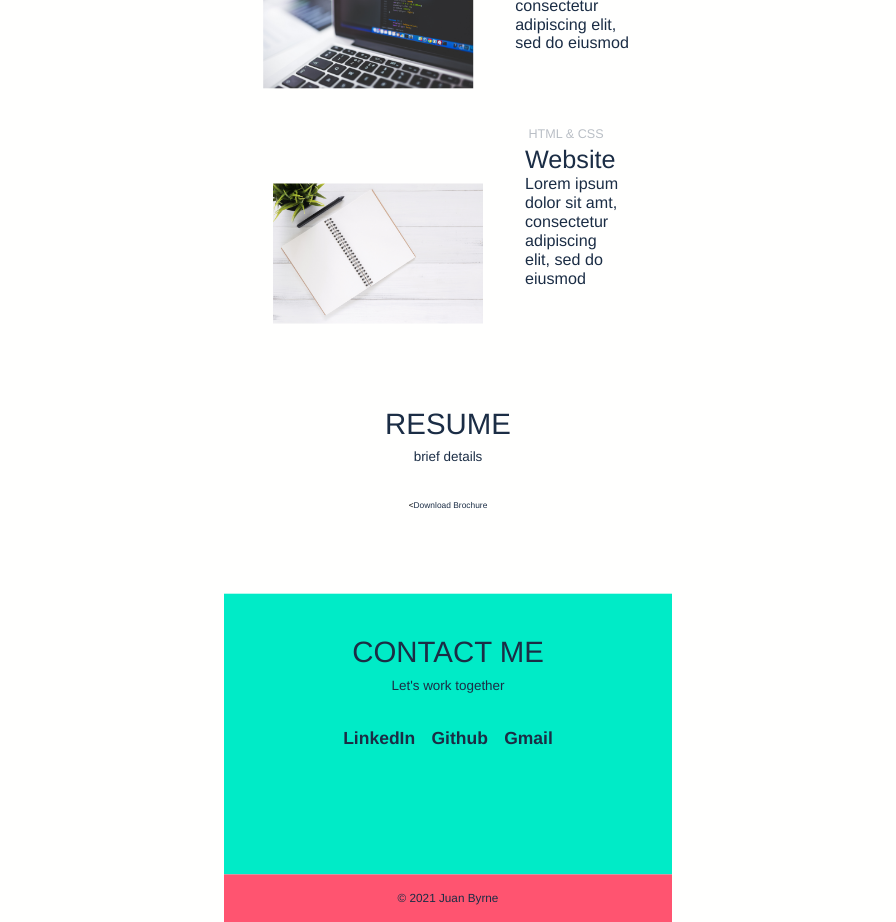
Repository: jb150524/JB-Portfolio
Page: index.html
These files come from the project's save history. The page is drawn as it stood at one moment and after the next save; the edit follows.
The browser window is 1280 px wide. The pictures show the part of the page from y = 2973 to 4893 px (the page is 4290 px tall before and 4893 px after), at 70% of full size.
Some icons come from a web library that is not loaded, so they are not drawn.

Above is the page before, as saved 2021-07-24 22:18:11.

### index.html
<!DOCTYPE html>
<!-- saved from url=(0053)file:///Users/jja/FullStack_HW/juanwebsite/index.html -->

    <html lang="en"><head><meta http-equiv="Content-Type" content="text/html; charset=UTF-8">

    <meta http-equiv="X-UA-Compatible" content="IE=edge">
    <meta name="viewport" content="width=device-width, initial-scale=1.0">

    <!-- CSS style sheet -->
    <link rel="stylesheet" href="style.css">



    <title>Juan's Portfolio</title>
    </head>

    <body>
    <header>
      <nav class="top-nav">
       <ul class="nav-list">
       <li>
       <a href="file:///Users/jja/FullStack_HW/juanwebsite/index.html">Home</a>
       <a href="file:///Users/jja/FullStack_HW/juanwebsite/index.html#about">About</a>
       <a href="file:///Users/jja/FullStack_HW/juanwebsite/index.html#portfolio">Portfolio</a>
       <a href="file:///Users/jja/FullStack_HW/juanwebsite/index.html#resume">Resume</a>
       <a href="file:///Users/jja/FullStack_HW/juanwebsite/index.html#contact">Contact</a>
       </li>
      </ul>
      </nav>

    <div class="main">
      <div class="landing-text">
        <h1>JuanByrne</h1>
        <h6>Graphic Designer and Web Developer</h6>
      </div>
    </div>
    </header>

    <section class="about" id="about">
      <div class="container">
        <a class="about-details">
        <div class="about-heading">
        <h1>About</h1>
        <h6>Myself</h6>
      </div>
        <p>
        I'm a Graphic Designer trying to become a full stack developer. I am from Guadalajara, Mexico. I was born in Mexico, but at a young age I moved to the USA. One of my favorite hobbies is playing competative soccer. Playing soccer has taught me perseverance, how to be a team player, and most importantly how to lose. I currently live in Wayne, Pennsylvania, but have previously lived in Guadalajara, Mexico and Orange County, California. I want to become a web developer because I want to learn a skill that motivates me and pushes me to try new things. I am excited about web developing and want a career that gives me a spark, like I get when I play soccer, with competitiveness, passion, and the belief that I can succeed.
        </p>
        </a>
        </div>
        </section>
        <a class="about-details">
          <section class="experience" id="experience">
            <div class="container">
                <div class="section-heading">
                <h1>Experience</h1>
                <h6>What I can do for you</h6>
            </div>
        <div class="my-skills">
          <div class="skills" ="">
           <div class="icon-container">
            <i class="fas fa-code"></i>
          </div>
          <h1>Graphic Designer</h1>
            <p>
            I'm a Graphic Designer with 2 years of experience working in the advertising industry. Possesses a high degree of competence using programs such as Adobe Photoshop, InDesign, and HTML & CSS.
            </p>
        </div>

        <div class="skills">
          <div class="icon-container">
          <i class="fas fa.codse"></i>
          </div>
          <h1>Web Development</h1>
          <p>
          Learning to become a Web developer and to sharpen my skills. I have a great understanding in Javascript and HTML & CSS.
          </p>
        </div>
        </div>
        </div>
        </section>
        </a>
        <section class="portfolio" id="portfolio"><a class="about-details">
          </a>
          <div class="container"><a class="about-details">
          <div class="section-heading">
           <h1>Portfolio</h1>
           <h6>View my recent work</h6>
        </div>
          </a>
          <div class="portfolio-item"><a class="about-details">
          <div class="portfolio-img has-margin-right">
            <img src="images/desk.jpg" alt="">
          </div>
            </a><div class="portfolio-description"><a class="about-details">
              <h6>Graphic Designer</h6>
              <h1>Illustrator</h1>
              <p>
              Designed content for customer brochure, banners and rack cards using Adobe Illustrator, Adobe InDesign and Photoshop.
              </p>
            </a><a href="file:///Users/jja/FullStack_HW/juanwebsite/index.html#" class="cta"> View Details</a>
        </div>
        </div>
        <div>
        <div class="portfolio-item">
          <div class="portfolio-img has-margin-right">
            <img src="images/laptop.jpg" alt="">
            </div>
            <div class="portfolio-description">
            <h6>Web Development</h6>
            <h1>JavaScript</h1>
            <p>
            Lorem ipsum dolor sit amt, consectetur adipiscing elit, sed do eiusmod
            </p>
            <a href="file:///Users/jja/FullStack_HW/juanwebsite/index.html#" class="cta"> View Details</a>
            </div>
        </div>
        <div>
          <div class="portfolio-item">
            <div class="portfolio-img has-margin-right">
            <img src="images/notebook.jpg" alt="">
            </div>
            <div class="portfolio-description">
            <h6>HTML & CSS</h6>
            <h1>Website</h1>
            <p>
            Lorem ipsum dolor sit amt, consectetur adipiscing elit, sed do eiusmod
            </p>
            <a href="file:///Users/jja/FullStack_HW/juanwebsite/index.html#" class="cta"> View Details</a>
            </div>
            </div>
            </div>
          </div>
        </div>
        </section>

    <section class="resume" id="resume">
      <div class="container">
        <div class="section-heading">
        <h1>Resume</h1>
        <h6>brief details</h6>
        <<a href="JuanByrne Resume 2021 Final.pdf">Download Brochure</a>
        </p>
        </div>

    <section class="contact" id="contact">
        <div class="container">
          <div class="section-heading">
          <h1>Contact Me</h1>
          <ul>
          <li>
          <h6>Let's work together</h6>
          <a href="file:///Users/jja/FullStack_HW/juanwebsite/www.linkedin.com/in/juan-byrne-43869ab7">LinkedIn</a>
          <a href="https://github.com/jb150524">Github</a>
          <a href="file:///Users/jja/FullStack_HW/juanwebsite/juan1505@gmail.com">Gmail</a>
          </li>
          </ul>
        </div>
       </div>
    </section>

    <footer class="copyright">
      <div class="up" id="up">
       <i class="fas fa-chevron-up"></i>
      </div>
      <p>© 2021 Juan Byrne</p>
    </footer>
  </div>
  </section>

   <!-- adding icons -->
   <script src="https://fontawesome.com/v5.15/icons/code?style=solid" crossorigin="anonymous"></script>

</body>
</html

### style.css
/* Start global*/

* {
    margin: 0;
    padding: 0;
    box-sizing: border-box;
}

html {
    font-size: 12px;
    font-family: Helvetica, sans-serif;
    /* color: rgb(255, 255, 255); */
}

body {
    width: 100%;
    height: 100%;
    background-color: #fffffe;
    background-size: cover;
}

section {
    padding: 60px 0;
}

h6 {
    color: #1b2d45;
    margin: 5px;
}

a {
    text-decoration: none;
    color: #1b2d45;
}

p {
   font-size: 23px;
   font-weight: 300;
   color: #1b2d45;
}



img {
    max-width: 100%;
    height: auto;
}

.main {
    padding: 16px;
    margin-top: 30px;
    height: 1500px; /* Used in this example to enable scrolling */
  }

/* Start reusable*/

.container {
    width: 50%;
    max-width: 120rem;
    height: 100%;
    margin: 0 auto;
    position: relative;
}

.container-details p {
    font-size: 200px;
    padding: 35px;
}

.section-heading {
    text-align: center;
    margin-bottom: 10rem;
}

.section-heading h1 {
    font-family: major mono display, Helvetica, sans-serif;
    font-size: 3.5rem;
    color: #1b2d45;
    text-transform: uppercase;
    font-weight: 300;
    position: relative;
    margin-bottom: 1rem;
}

.section-heading h1::before,
.section-heading h1::after {
    content: "";
    position: absolute;
    bottom: -.5rem;
    left: 50%;
    transform: translateX(-59%);
    background: color #fff8e8;
}

.section-heading h1::before {
    width: 10rem;
    height: 3px;
    border-radius: .8rem;
}

.section-heading h1::after {
    height: 1.5rem;
    border-radius: .100%;
    bottom: 1rem;
}

.section-heading h6 {
    font-size: 1.6rem;
    font-weight: 300;
    margin-bottom: 50px;
}

.has-margin-right {
    margin-right: 5rem;
}
/* End reusable*/

/* Start header*/
header {
    width: 100%;
    height: 100vh;
}

.nav-list {
    z-index: 2;
    top: 0;
    background:#00ebc7;
    overflow: hidden;
    font-size: 35px;
    font-family: major mono display;
    margin: 0;
    padding: 20px;
    position: fixed;
    list-style: none;
    width: 100%;
    display: flex;
    justify-content: center;
    align-items: flex-start;
    text-decoration: none;
}

li {
    margin: 0;
    list-style: none;
}

.nav-link {
    font-family: Arial, Helvetica, sans-serif;
    font-size: 15px;
    padding: 5px;
}

.nav-link:hover,
.nav-ink:focus {
    background: linear-gradient(to top, #5725b3, #9e91e9 );
    -webkit-background-clip: text;
    -webkit-text-fill-color: transparent;

}

.landing-text{
    position: absolute;
    top: 50%;
    left: 50%;
    transform: translate(-50%, -50%);
    width: 100%;
    text-align: center;
    z-index: 1;
}

.landing-text h1 {
    font-size: 150px;
    font-family: major mono display, Helvetica, sans-serif, Helvetica, sans-serif;
    background: linear-gradient(to top, #110202, #000000 );
    -webkit-background-clip: text;
    -webkit-text-fill-color: transparent;
    padding: 1rem;
    user-select: none;

}

.landing-text h6 {
    font-size: 2rem;
    font-weight: 300;
}
/* End header*/

.about .container {
    display: flex;
    align-items: center;
    justify-content: center;
}

.about-heading {
    text-align: center;
    text-transform: uppercase;
    line-height: 10px;
    margin-bottom: 6rem;
}

.about-heading h1 {
    font-size: 10rem;
    opacity: .3;
    font-family: major mono display;
}

.about-heading h6 {
    font-size: 2rem;
    font-weight: 300;
}

/* .about-container p {
   font-size: 50px;
} */

.profile-img {
    max-width: 100%;
    display: inline-block;
}

/* Start services*/

.my-skills {
    display: grid;
    grid-template-columns: repeat(auto-fit, minmax(25rem, 1fr));
    grid-gap: 2.5rem;
    text-align: center;
}

.skills p {
    padding: 15px 5px 5px 5px;
    text-align: left;
}

.skills h1 {
    text-transform: uppercase;
    letter-spacing: 2px;
    margin: 2rem -2px 2rem 0;
}

.icon-container {
    width: 10rem;
    height: 10rem;
    border: 2px solid #1b2d45;
    background-color: #00ebc7;
    margin-bottom: 2rem;
    display: inline-block;
}

.icon-container i {
    color:#1b2d45;
    font-size: 5rem;
    margin: auto;
}
/* End services*/

/* Start portfolio*/

.portfolio-item {
    display: flex;
    align-items: end;
    justify-content: center;
    flex-direction: row;
    flex-wrap: wrap;
    align-content: stretch;
    margin-bottom: 50px;

}
.portfolio-img {
    width: 300px;
    height: 200px;
    background-size: 100%;
}

.portfolio-item:last-child {
    margin: 0;
}

.portfolio-description {
    flex: .5;
    color: #1b2d45;

}

.portfolio-description h1 {
    font-size: 3rem;
    font-weight: 300;
    margin: 1px 0;
    display: contents;
}

.portfolio-description h6 {
    font-size: 1.5rem;
    text-transform: uppercase;
    font-weight: 300;
    opacity: 0.3;
}

.portfolio-description .cta {
    display: inline-block;
    margin-top: 2.5rem;
    font-size: 1.5rem;
    text-transform: uppercase;
    color: #fffffe;
    transition: color 650ms;
}

.portfolio-description .cta:hover {
    color: #2f67cd;
}
/* End portfolio*/


/*Star contact*/

.contact {
    background-color:#00ebc7;
}

.contact a {
    font-weight: bold;
    margin: 10px;
    margin-top: 20px;
    padding: 15px 0;
    text-align: center;
    font-size: 25px;
}

/*End contact*/

/*Star footer*/

.copyright {
    width: 100%;
    text-align: center;
    background-color:#ff5470;
    padding: 2rem 0;
    position: absolute;
    display: block;
}

/* .up {
    position: absolute;
    width: 5rem;
    height: 5rem;
    background-color: burlywood;
    top: -2.5rem;
    right: 5rem;
    border-radius: 100%;
    display: flex;
    animation: pulse 2s infinite;
    cursor: pointer;
}

.up i {
    color: navy;
    font-size: 2rem;
    margin: auto;
} */

.copyright p {
    font-size: 1.4rem;
}
/*End footer*/

/*Start Button animation*/

@keyframes pulse {
    0%{
        box-shadow: 0 0 0 0 rgba(253, 87, 191, 0.99);
    }
    70%{
        box-shadow: 0 0 0 2rem rgba(253, 87, 191, 0);
    }
    100%{
        box-shadow: 0 0 0 0 rgba(253, 87, 191, 0);
    }
}
/*End Button animation*/

/*Start media queries*/

@media screen and (max-width: 768px) {
    body {
        background-color: #fffffe;
        background-size: cover;
    }

    .landing-text h1 {
        font-size: 70px;
    }

    .landing-text h6 {
        font-size: 1.7rem;
    }

    .nav-list {
        font-size: 15px;
    }

    li {
        margin: 2rem 0;
    }

    .nav-ink {
        font-size: 4.5rem;
    }

    .about-heading {
        font-size: 15px;
    }

    .section-heading h1 {
        font-size: 3rem;
    }

    .about-details .nav-list {
        flex-direction: initial;
    }

    .about-details li {
        font-size: 10px;
        margin: 0 2rem;
    }

@media screen and (max-width: 600px) {

    .landing-text h1 {
        font-size: 8rem;
    }

    .landing-text h6 {
        font-size: 1.4rem;
    }

    .nav-link {
        font-size: 3.5rem;
    }

    .profile-img {
        margin-top: 0 0 7rem 0;
    }

    .portfolio-item {
        flex-direction: column;
    }

    .portfolio-img {
        margin: 0 0 2rem 0;
        order: 1;
    }

    .portfolio-description {
        margin: 0;
        order: 2;
    }

    form {
        width: 100%;
    }

    .up {
        right: 2rem;
    }
}
/*End media queries*/

After the next save:
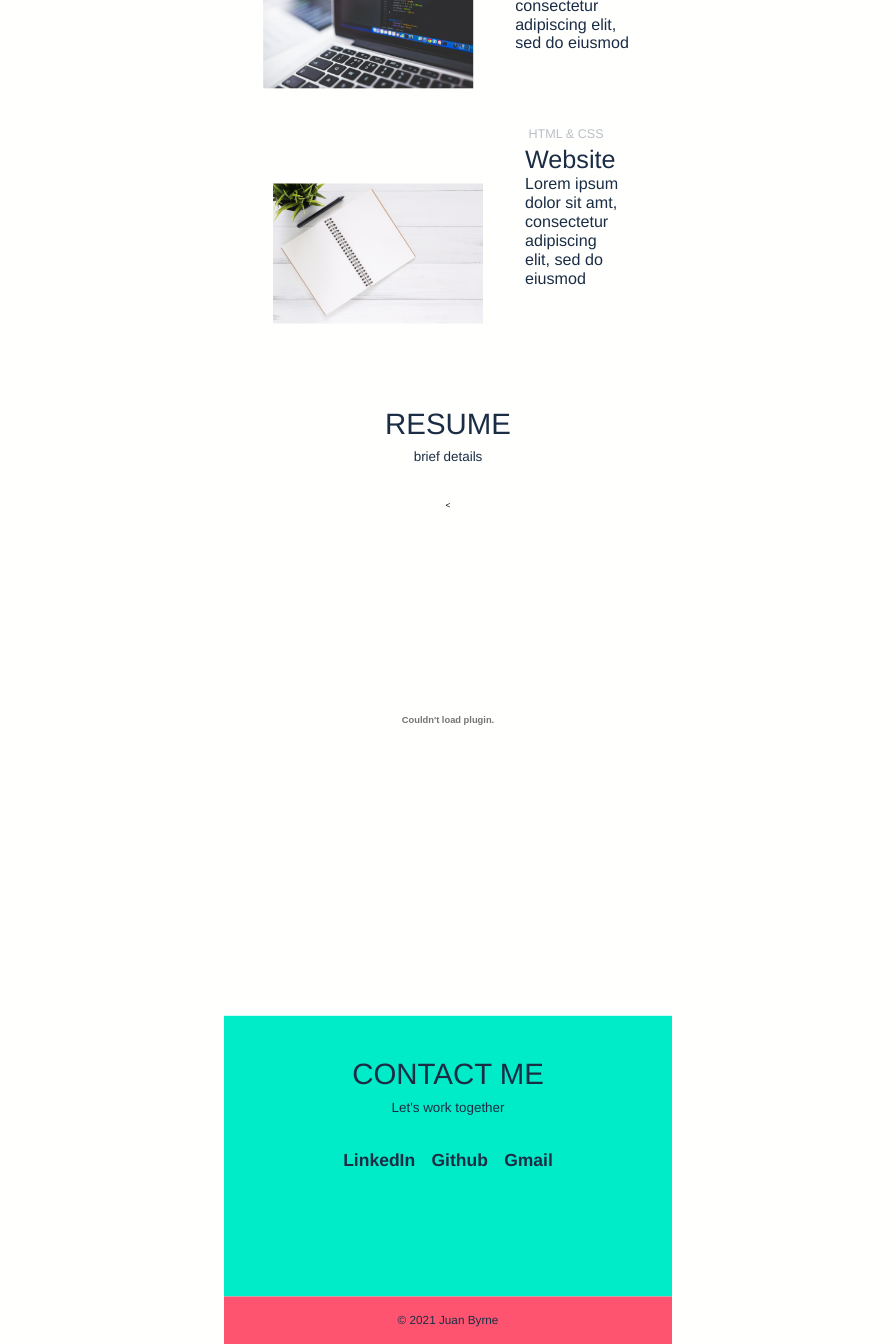
Saved 9 min 38 s later.
--- a/index.html
+++ b/index.html
@@ -139,7 +139,8 @@
         <div class="section-heading">
         <h1>Resume</h1>
         <h6>brief details</h6>
-        <<a href="JuanByrne Resume 2021 Final.pdf">Download Brochure</a>
+        <<embed src="JByrne Resume 2021 FINAL.pdf" type="application/pdf" width="100%" height="600px" />
+
         </p>
         </div>
 
